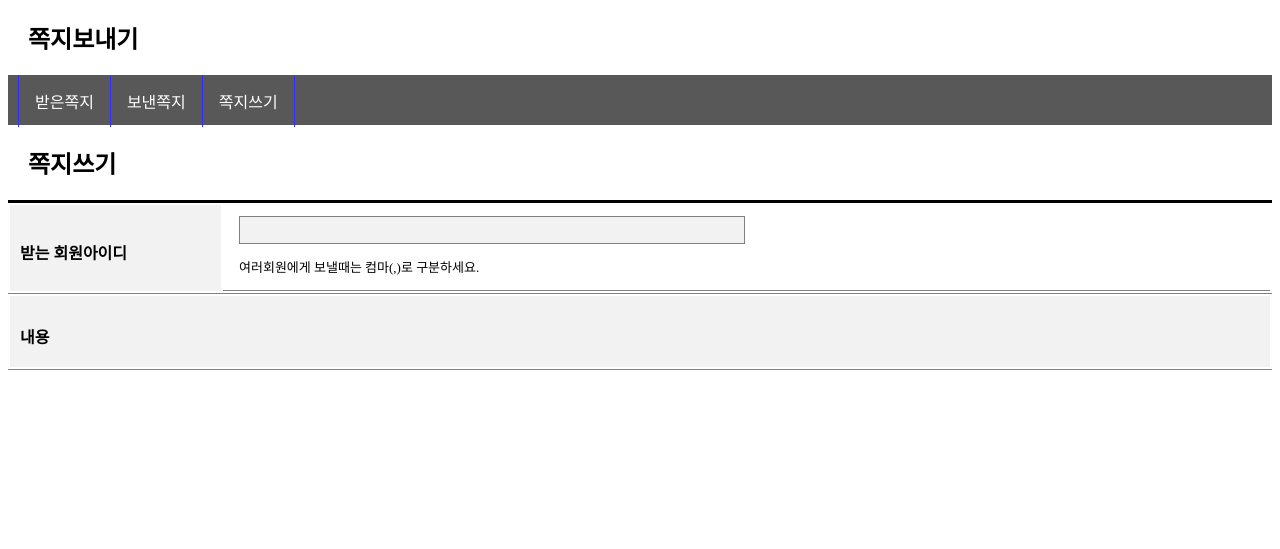
Repository: ks12b0000/JSP-School-Class
Page: chap10_JSP/src/main/webapp/Test/sendMessage.html
The author's editor kept a copy of each file at every save. The page is drawn from the files as they stood at one save, then again after the next save.
The browser window is 1280 px wide. The pictures show the whole page.

Above is the page before, as saved 2022-06-04 11:30:32.

### chap10_JSP/src/main/webapp/Test/sendMessage.html
<!DOCTYPE html>
<html>
<head>
	<meta charset="UTF-8">
	<meta name="viewport" content="width=device-width, initial-scale=1.0">
	<title>쪽지쓰기</title>
	<link rel="stylesheet" href="loginWrite.css" />
</head>
<body>
	<h2>쪽지보내기</h2>
	<div class="menu1">
		<ul>
			<li><a href="#" id="a1">받은쪽지</a></li>
			<li><a href="#">보낸쪽지</a></li>
			<li><a href="#">쪽지쓰기</a></li>
		</ul>
	</div>
	<h2>쪽지쓰기</h2>
	<table class="Profile3">
		<tr>
			<th id="id12"><strong>받는 회원아이디</strong></th>
			<td><input type="text" /><br/><p>여러회원에게 보낼때는 컴마(,)로 구분하세요.</p></td>
		</tr>
	</table>
	<table class="Profile4">
		<tr>
			<th id="id13"><strong>내용</strong></th>
		</tr>
	</table>
</body>
</html>

### chap10_JSP/src/main/webapp/Test/loginWrite.css
@charset "UTF-8";
	body h2 {
		margin-left: 20px;
	}
	.login1 {
		width: 500px;
		border: 1px solid gray;
		margin: 40px;
		padding: 40px;

	}
	.login1 #id {
		width: 400px;

		padding: 4px;
	}
	.login1 #id input {

		margin-left: 30px;
	}
	.login1 #pw {

		padding: 4px;
	}
	.login1 #pw input {

		margin-left: 52px;
	}
	.login1 #login_Bt {
		text-align: right;
		margin-top: -50px;
		margin-right: 120px;
	}
	.login1 #login_Bt input {
		margin-left: 5px;
		padding: 12px;
		border: 1px solid white;
		background-color: #A5DF00;
		color: white;
	}
	.login1 #login_Ck {
		margin-top: 10px;
	}
	.login2 {
		border: 1px solid gray;
		font-size: 13px;
		background-color: #F2F2F2;
		width: 500px;
		margin: 40px;
		padding: 40px;
		margin-top: -50px;

	}
	.login2 h3 {
		margin-top: -20px;
		margin-left: -30px;
	}
	.login2 p {
		margin-top: -20px;
		margin-left: -30px;
	}
	.login2 form {
		margin-top: 10px;
		margin-left: 250px;

	}
	.login2 #idpw_bt {
		border: 1px solid white;
		background-color: #A5DF00;
		color: white;
	}
	.login2 #signup {
		border: 1px solid #BFFF00;
		background-color: white;
		color: #80FF00;
	}
	body #mainback {
		margin-left: 220px;
		text-decoration: none;
		color: black;
	}
	body #em2 {
		border-top: 1px solid gray;
		margin-left: 20px;
		padding-top: 15px;
	}
	#email1 {
		margin-left: 20px;
		font-size: 19px;
	}
	#email1 input {
		width: 500px;
		height: 30px;
	}
	.button {
		margin-top: 40px;
		margin-left: 250px;
	}
	.button #Confirm {
		margin-left: 5px;
		padding: 12px;
		width: 150px;
		border: 1px solid white;
		background-color: #A5DF00;
		color: white;
	}
	.button #close {
		margin-left: 5px;
		padding: 12px;
		width: 100px;
		border: 1px solid white;
		background-color: #0B3B39;
		color: white;
	}
	body #tm2 {
		color: red;
		text-align: center;
	}
	body #tm3,#tm5 {
		text-align: center;
	}
	body #tm4,#tm6 {
		border: 1px solid black;
		width: 1300px;
		height: 300px;
		background-color: #D8D8D8;
		margin-left: 10px;
	}
	#terms_Ck,#terms_Ck2 {
		text-align: right;
	}
	#signup3 {
		text-align: center;
	}
	#signup3 input {
		margin-left: 5px;
		padding: 12px;
		border: 1px solid white;
		background-color: #A5DF00;
		color: white;
	}
	.button3 {
		text-align: right;
		margin-top: -50px;
		margin-right: 10px;
	}
	.button3 #notebox {
		border: 1px solid #BFFF00;
		background-color: white;
		color: #80FF00;
		padding: 6px;
	}
	.button3 #Revise {
		border: 1px solid #BFFF00;
		background-color: white;
		color: #80FF00;
		padding: 6px;
	}
	.button3 #secession {
		border: 1px solid white;
		background-color: #A5DF00;
		color: white;
		padding: 6px;
	}
	.Profile {
		border: 1px solid gray;
		border-collapse: collapse;
		margin-top: 15px;
		width: 100%;
		height: 150px;
		background-color: #FAFAFA;
	}
	.Profile th,td {
		border-bottom: 1px solid gray;
	}
	.Profile2 {
		border-top: 3px solid black;
		width: 100%;
		background-color: #F2F2F2;
		height: 50px;
		border-bottom: 1px solid gray;
		margin-top: 20px;
	}
	#hh3 {
		margin-left: 10px;
	}
	.Contents {
		text-align: center;
		margin-top: 100px;
		border-bottom: 1px solid gray;
		height: 100px;
	}
	.menu1 ul {
		background-color: #585858;
		height: 50px;
		margin: 0;
		padding: 0;
		list-style: none;

	}
	.menu1 li {
		float: left;
		border-right: 1px solid #2E2EFE;
	}
	.menu1 li a {
		padding-left: 10px;
		color: white;
		text-decoration: none;
		display: block;
		text-align: center;
		padding: 14px 16px;
	}
	.menu1 #a1 {
		border-left: 1px solid #2E2EFE;
		margin-left: 10px;
	}
	.guide {
		text-align: left;
	}
	.button2 {
		text-align: center;
	}
	.button2 #close2 {
		text-align: center;
		padding: 10px;
		width: 80px;
		border: 1px solid white;
		background-color: #0B4C5F;
		color: white;
	}
	.Profile3 {
		border-top: 3px solid black;
		width: 100%;
		height: 50px;
		margin-top: 20px;
	}
	.Profile3 #id12 {
		margin-top: 20px;
		padding-left:10px;
		padding-top: 10px;
		text-align: left;
		width: 200px;
		background-color: #F2F2F2;
		height: 60px;
	}
	.Profile3 input {
		background-color: #F2F2F2;
		margin-left: 15px;
		margin-top: 10px;
		padding-top: 10px;
		border: 1px solid gray;
		width: 500px;
		text-align: left;
	}
	.Profile3 p {
		font-size: 13px;
		margin-left: 15px;

	}
	.Profile4 {
		border-top: 1px solid gray;
		border-bottom: 1px solid gray;
		width: 100%;
		height: 50px;
	}
	.Profile4 #id13 {
		margin-top: 20px;
		padding-left:10px;
		padding-top: 10px;
		text-align: left;
		width: 200px;
		background-color: #F2F2F2;
		height: 60px;
	}

After the next save:
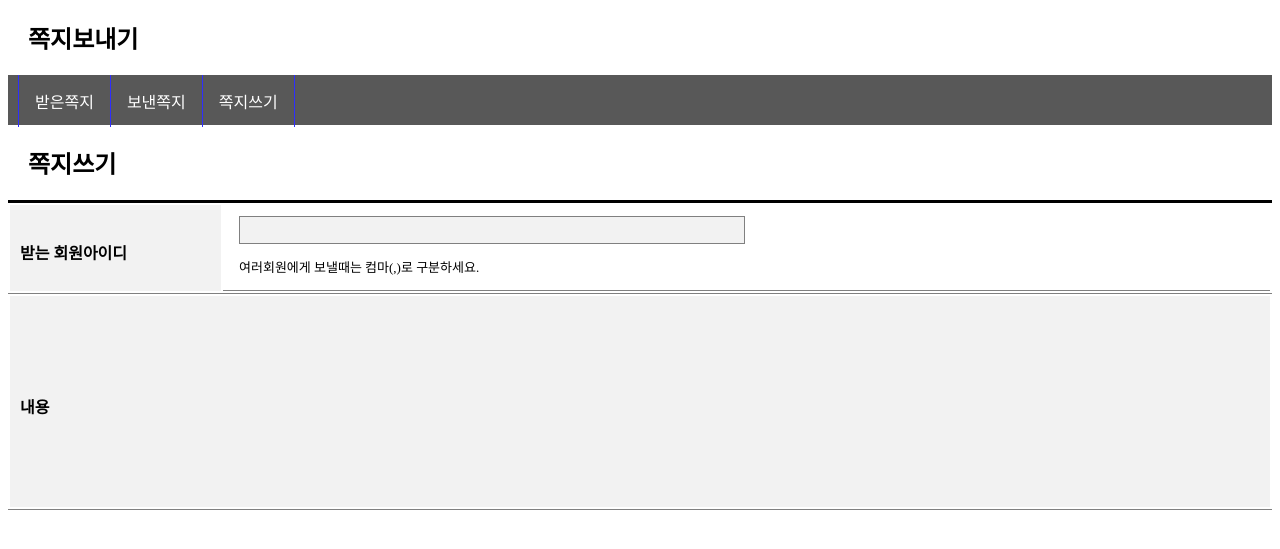
Saved 66 s later.
--- a/chap10_JSP/src/main/webapp/Test/loginWrite.css
+++ b/chap10_JSP/src/main/webapp/Test/loginWrite.css
@@ -270,5 +270,5 @@
 		text-align: left;
 		width: 200px;
 		background-color: #F2F2F2;
-		height: 60px;
-	}
+		height: 200px;
+	}
